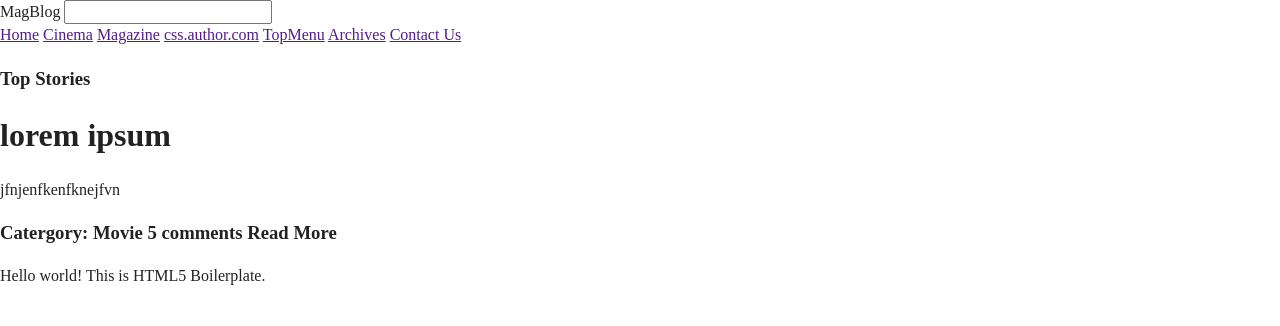
Repository: bguemos/project1lab3
Page: index.html
An editor plug-in stored every save of this project. The page is shown before and after the next save, followed by the edit.
The browser window is 1280 px wide. The pictures show the whole page.

Above is the page before, as saved 2023-01-17 21:29:16.

After the next save:
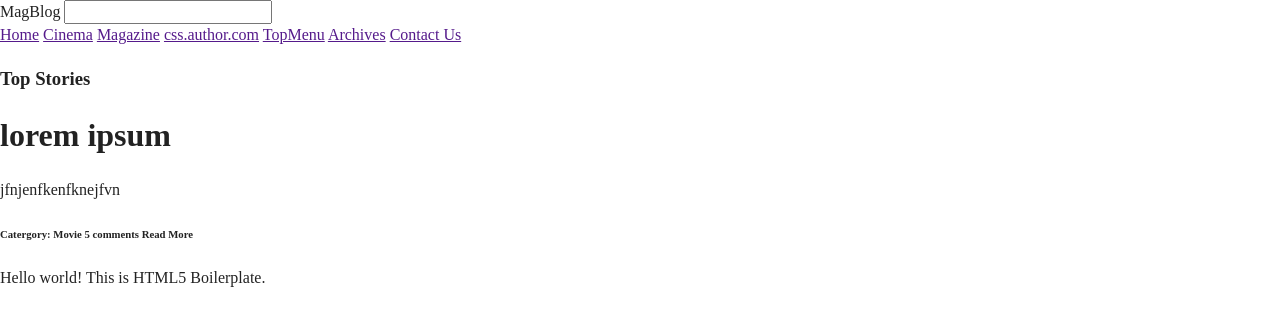
Saved 13 s later.
--- a/index.html
+++ b/index.html
@@ -46,7 +46,7 @@
     <div class="avatar">
       <h1> lorem ipsum</h1>
       <p>jfnjenfkenfknejfvn</p>
-      <h3> Catergory: Movie  5 comments Read More</h3>
+      <h6> Catergory: Movie  5 comments Read More</h6>
 
 
 
